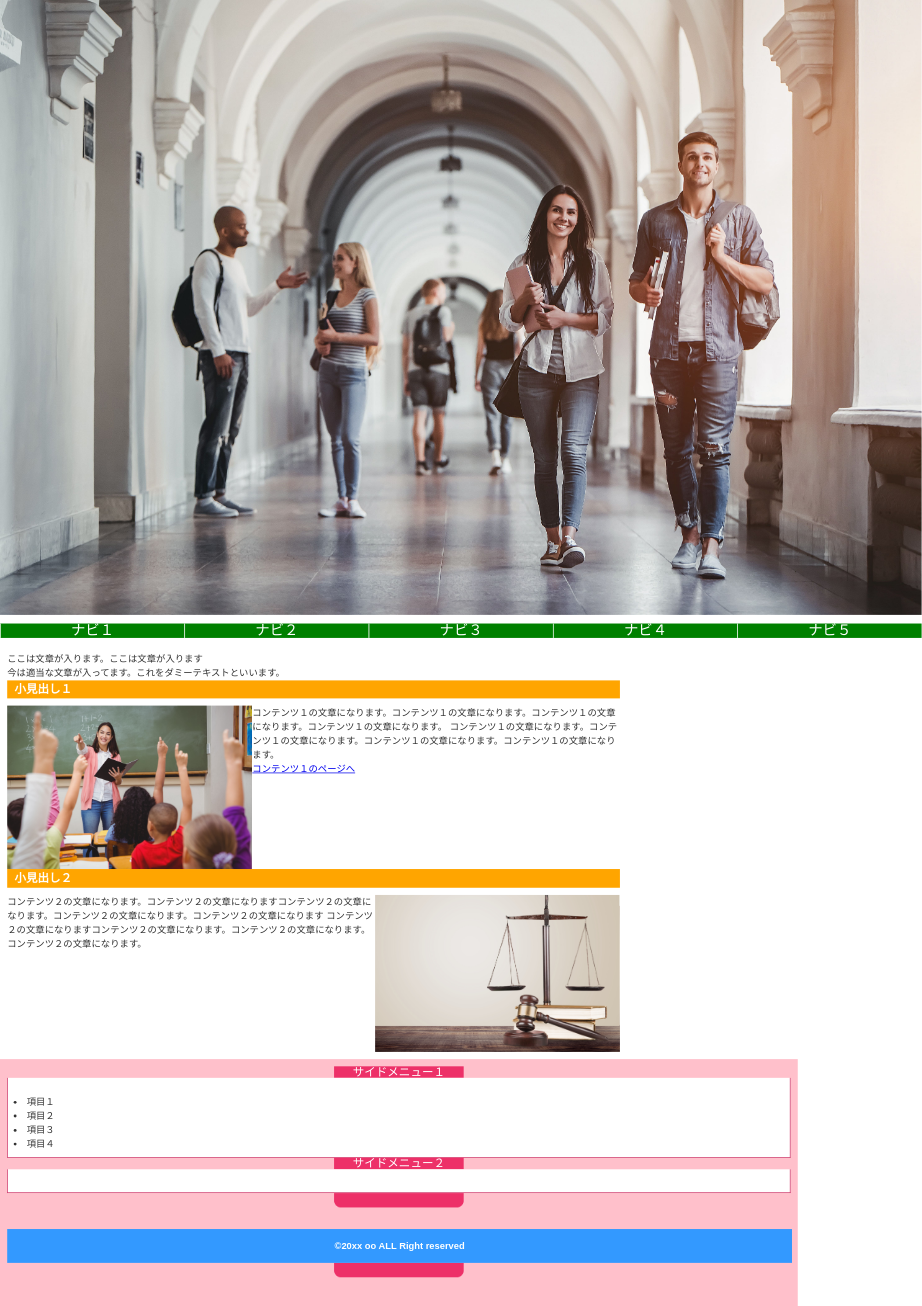
Repository: imhe07/samurai.html-css
Page: website.html
The author's editor kept a record of every edit. The page is drawn from the files as they stood at one moment, then again after the next edit.
The browser window is 1280 px wide. The pictures show the whole page, at 72% of full size.

Above is the page before.

After the next edit:
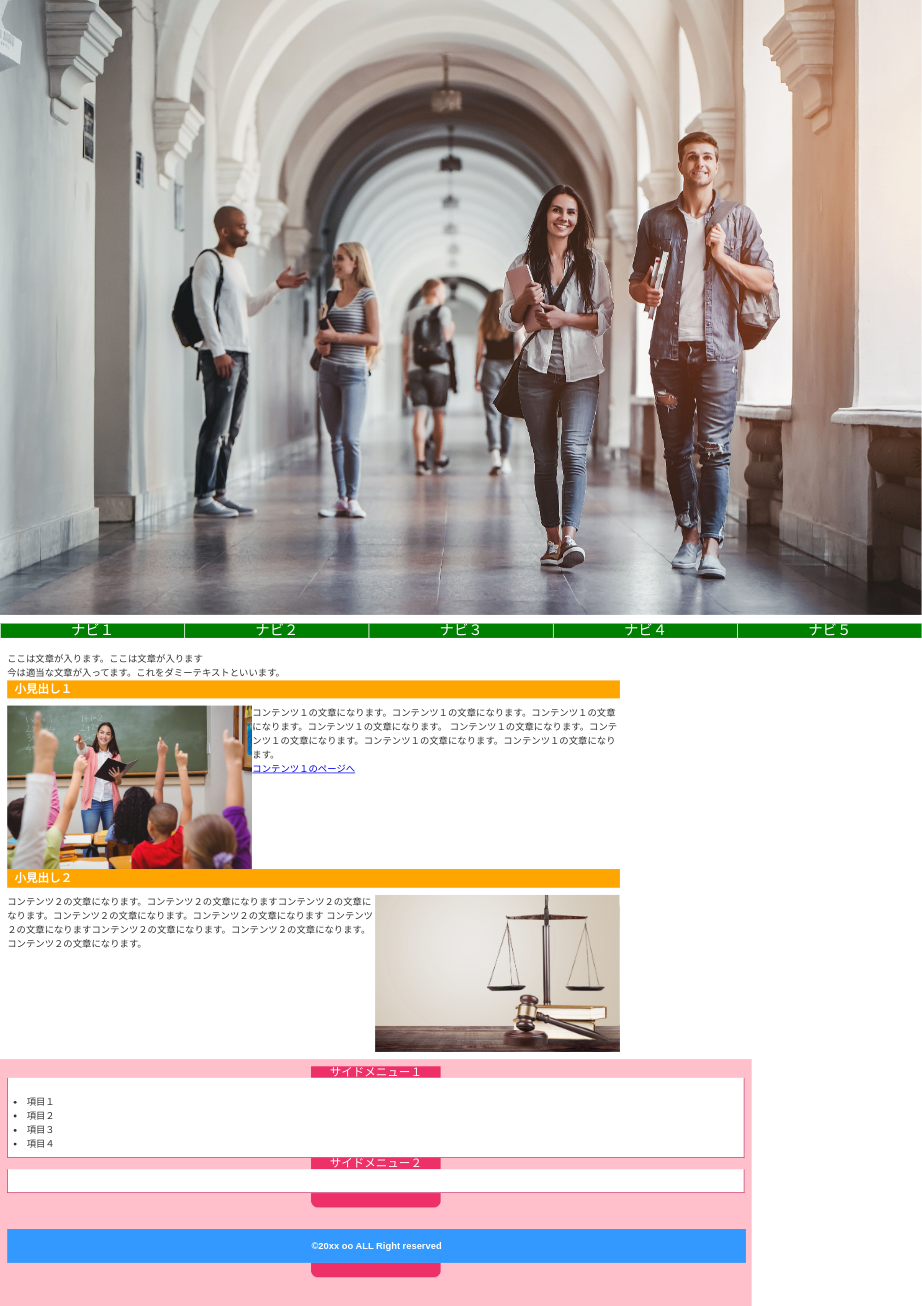
The edit:
--- a/stylesheet.css
+++ b/stylesheet.css
@@ -129,7 +129,7 @@
 }
 /*--------------side----------*/
 #side{
-  width:85%;
+  width:80%;
   background-color: pink;
   padding:10px;
 }

After the edit that followed:
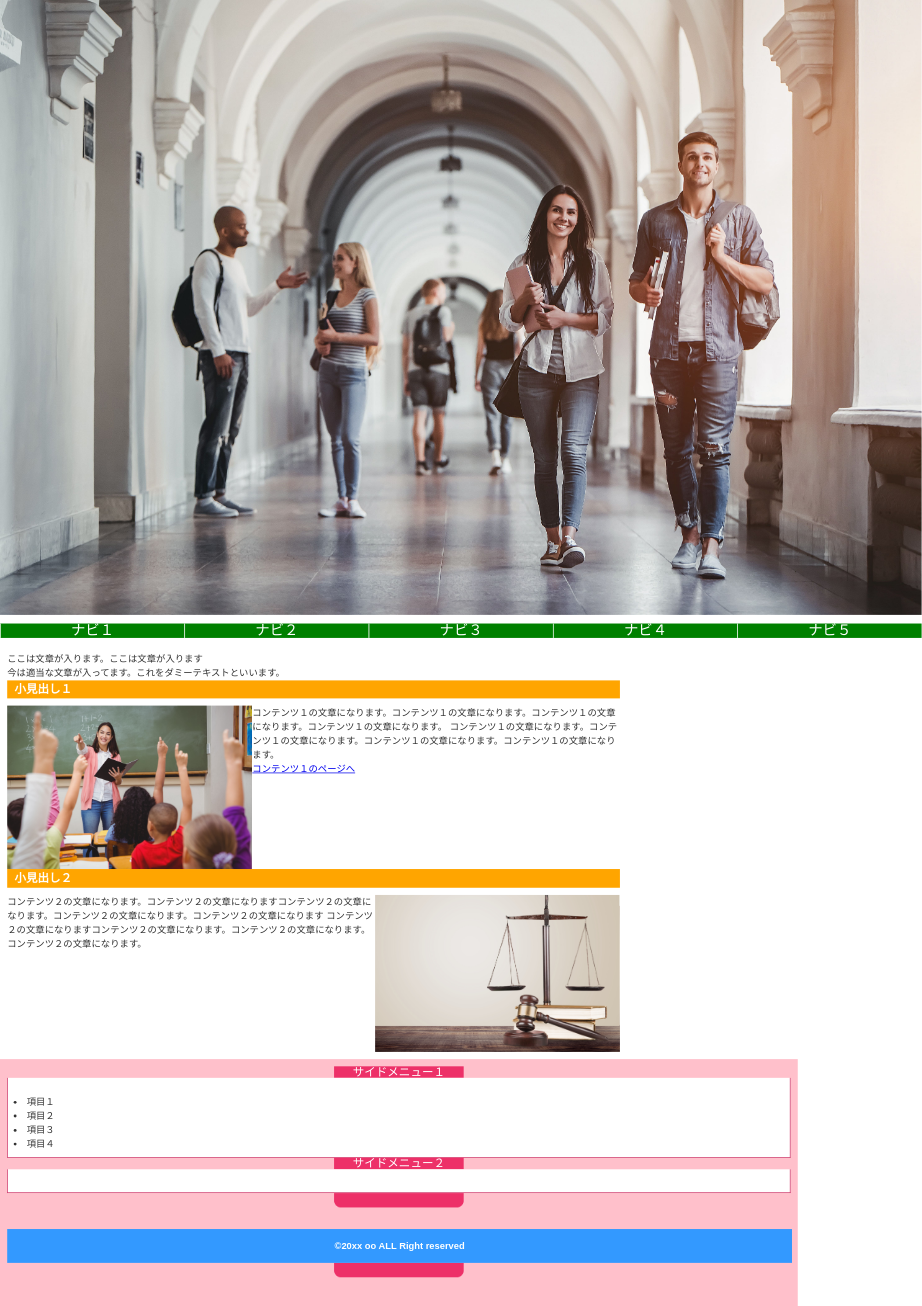
The edit:
--- a/stylesheet.css
+++ b/stylesheet.css
@@ -129,7 +129,7 @@
 }
 /*--------------side----------*/
 #side{
-  width:80%;
+  width: 85%;
   background-color: pink;
   padding:10px;
 }
